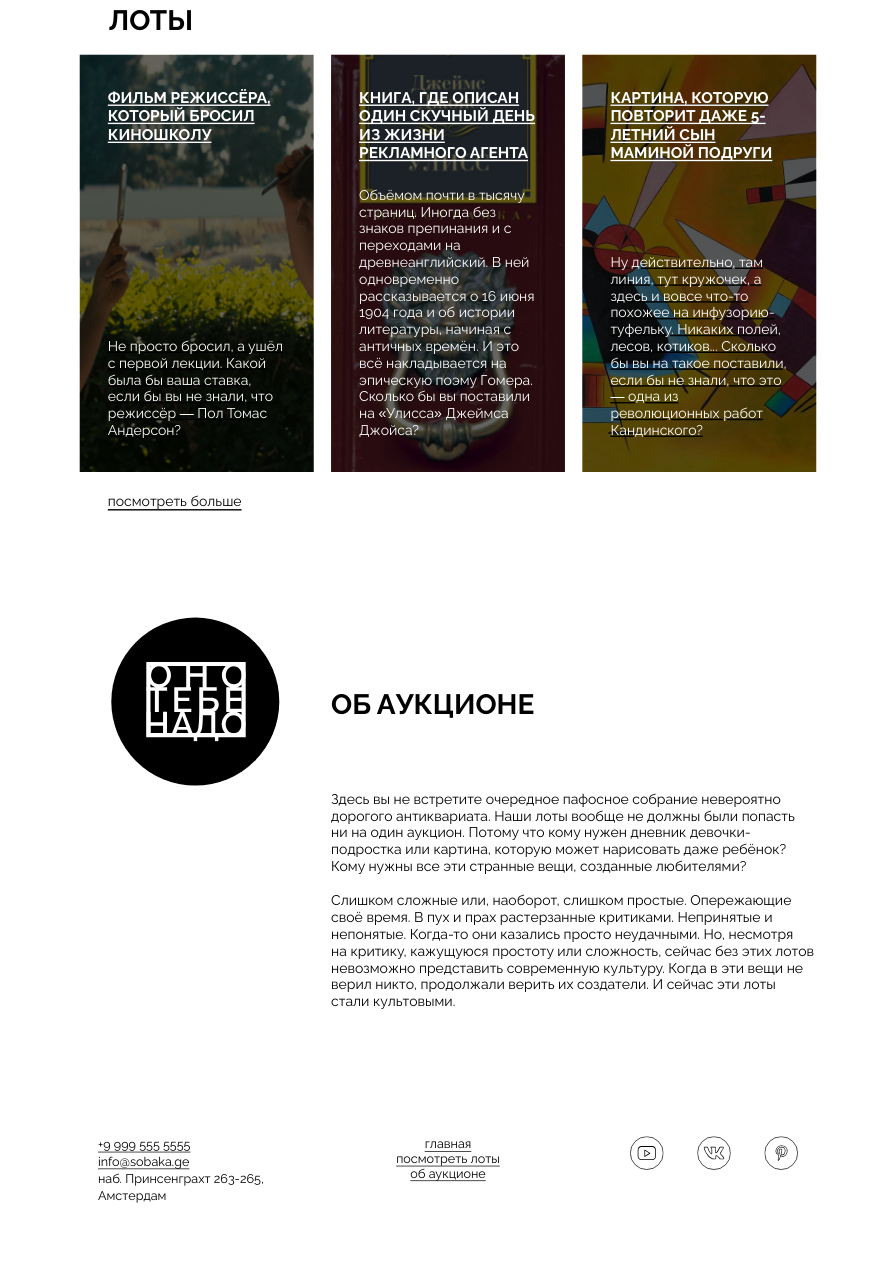
Repository: NikWolf75/ono-tebe-nado-fd
Page: index.html
These files come from the project's save history. The page is drawn as it stood at one moment and after a run of saves; the edit follows.
The browser window is 1280 px wide. The pictures show the part of the page from y = 1226 to 3146 px (the page is 3027 px tall before and 3146 px after), at 70% of full size.

Above is the page before, as saved 2024-12-18 22:32:52.

After the next 4 saves:
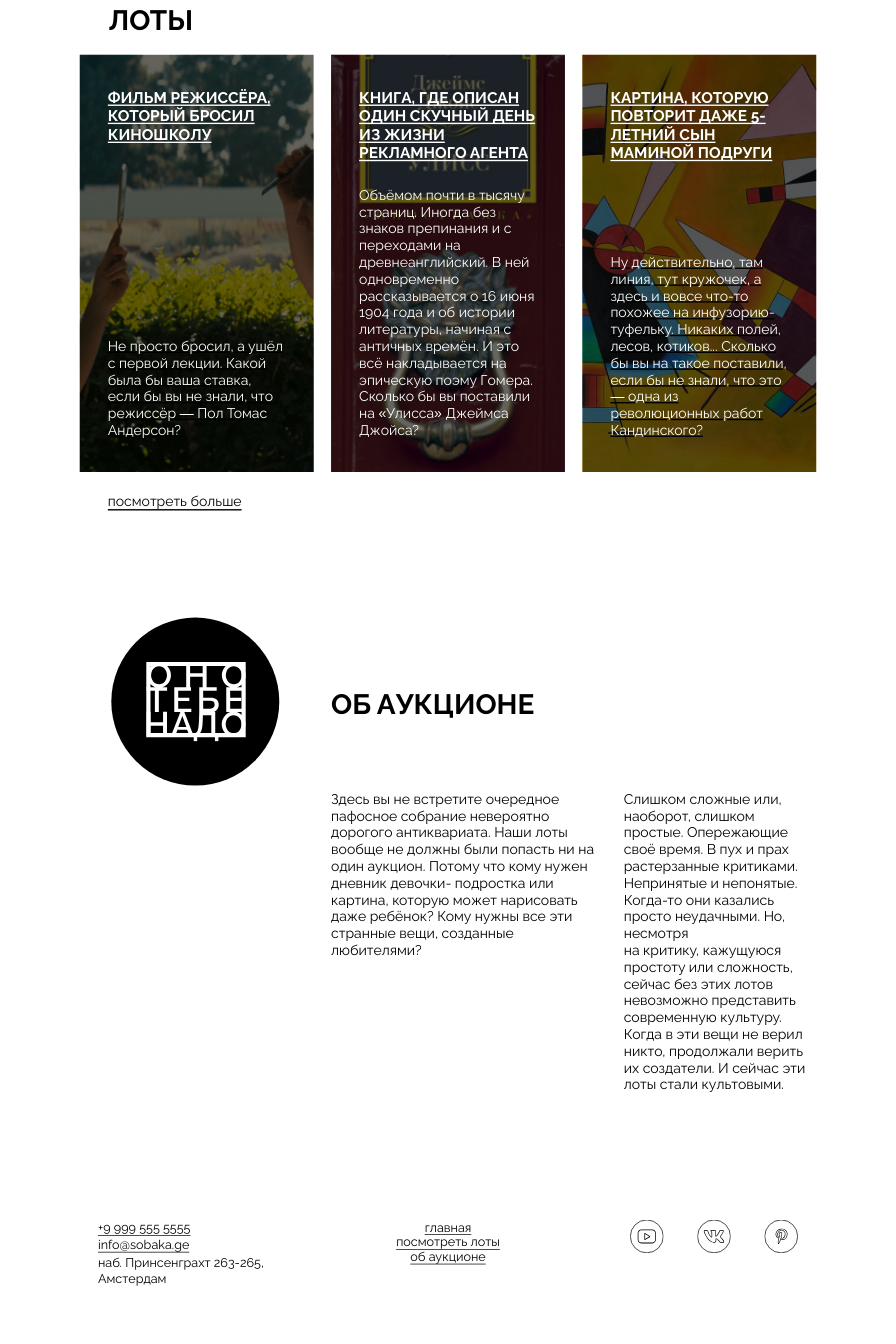
The 4 saves are shown as one change because they came seconds apart.
The last was saved 58 s later.
--- a/styles/style.css
+++ b/styles/style.css
@@ -244,6 +244,7 @@
 
 .about__text {
   display: flex;
+  text-decoration-under
   flex-direction: column;
   gap: 25px;
   font-size: 20px;

After the 3 saves that followed:
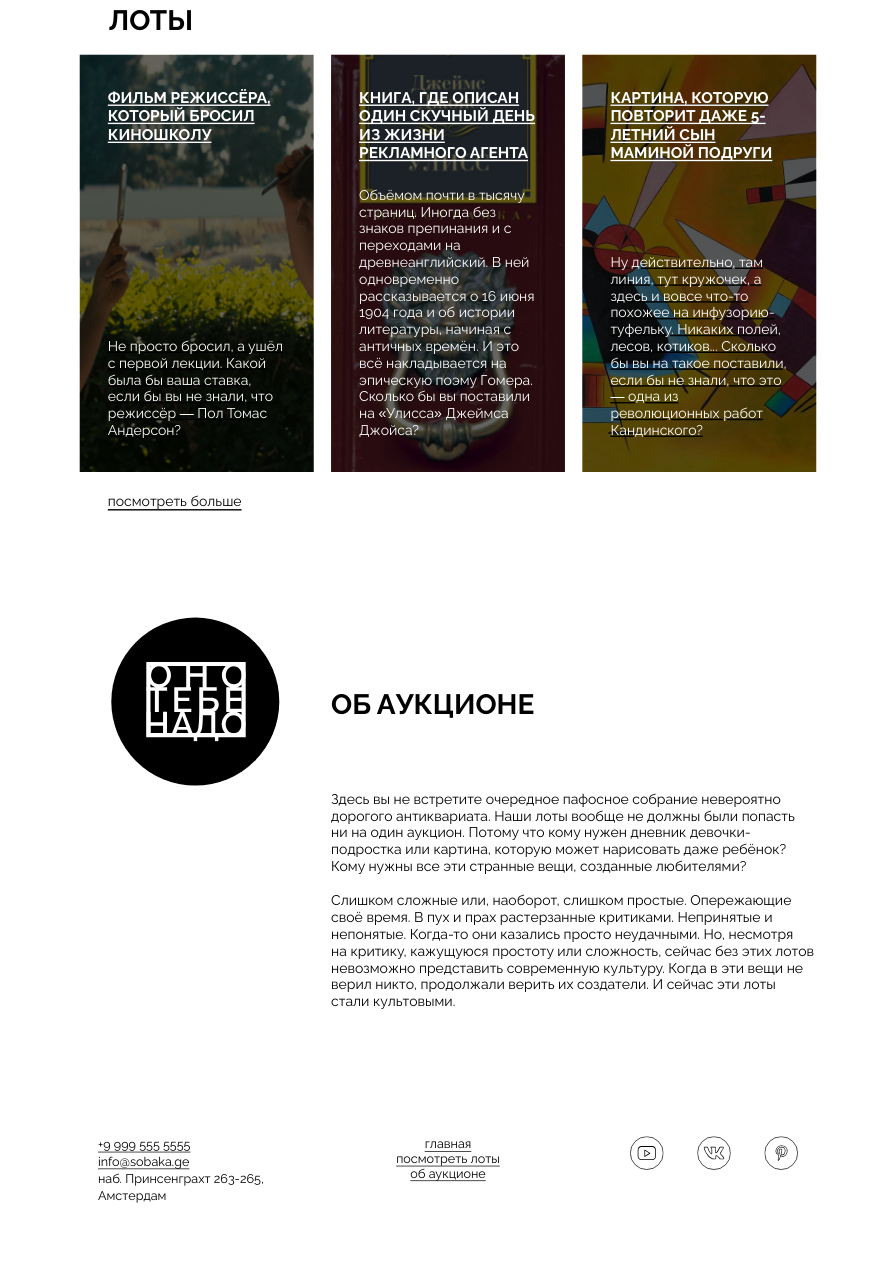
The 3 saves are shown as one change because 2 left the picture as it was.
The last was saved 13 s later.
--- a/styles/style.css
+++ b/styles/style.css
@@ -244,7 +244,7 @@
 
 .about__text {
   display: flex;
-  text-decoration-under
+  text-underline: none;
   flex-direction: column;
   gap: 25px;
   font-size: 20px;
